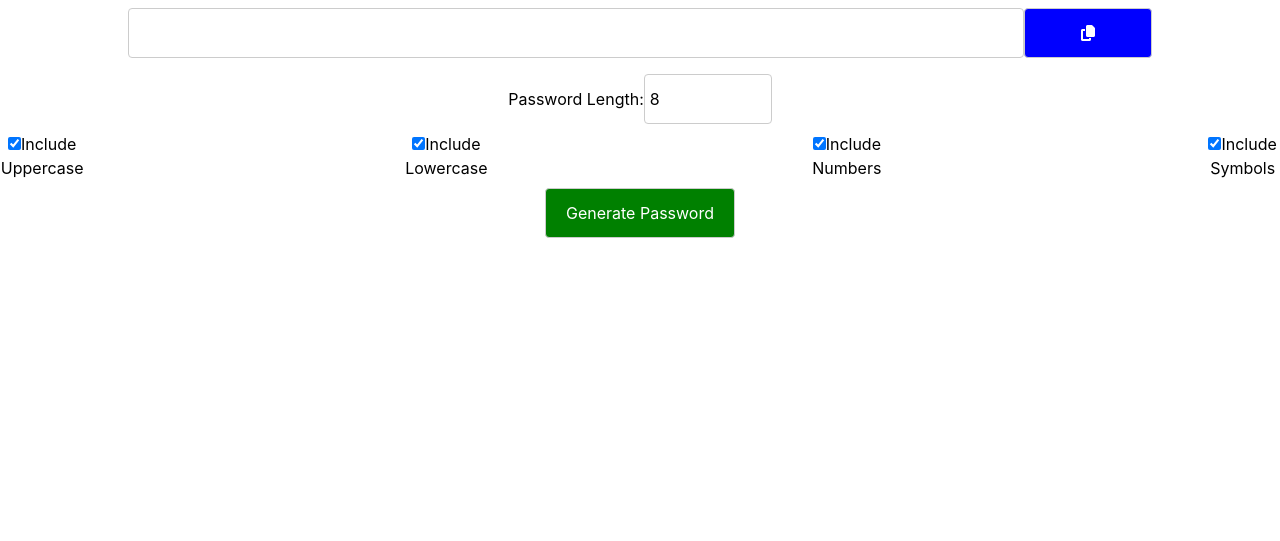
Repository: sriram1224/Password-generator
Page: / (app in password-generator/)
These files come from the project's save history. The page is drawn as it stood at one moment and after the next save; the edit follows.
The browser window is 1280 px wide. The pictures show the whole page.
Some web libraries are served in a nearby version. The project was rebuilt for these pictures with package versions that can differ from the ones it lists, and the page was loaded fresh each time.

Above is the page before, as saved 2024-03-10 21:41:50.

After the next save:
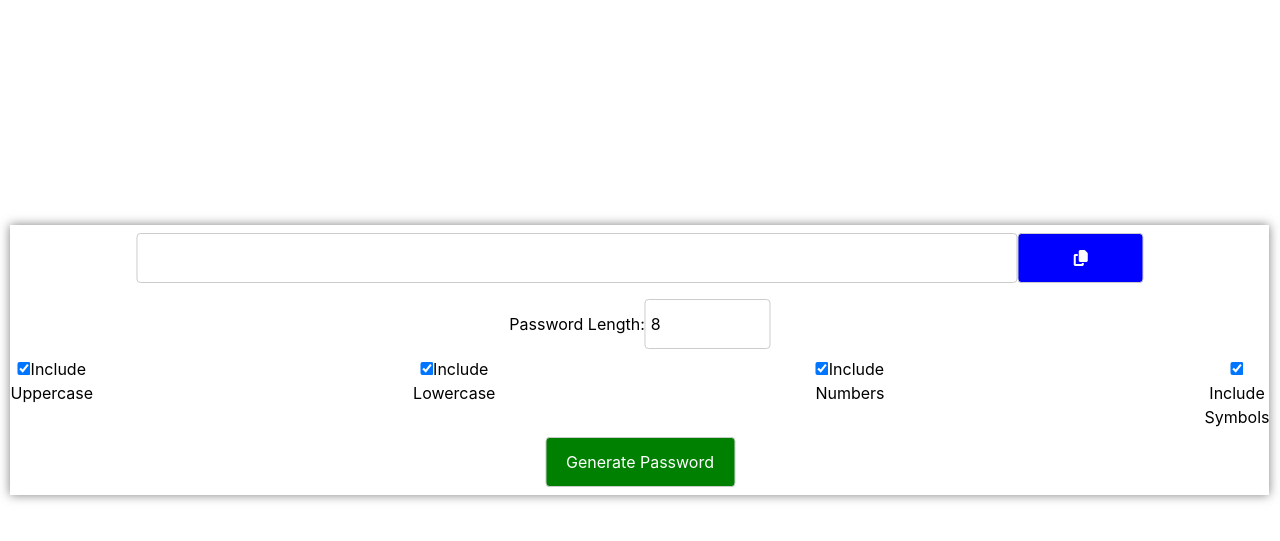
Saved 9 min 48 s later.
--- a/password-generator/src/Components/content.js
+++ b/password-generator/src/Components/content.js
@@ -42,7 +42,7 @@ const PasswordGenerator = () => {
   };
 
   return (
-    <div>
+    <div class="main">
 
 
       <div>
--- a/password-generator/src/Components/content.css
+++ b/password-generator/src/Components/content.css
@@ -55,3 +55,12 @@
         gap: 1rem;
     }
 }
+.main {
+    box-shadow: 0px 0px 10px rgba(0, 0, 0, 0.5);
+    /* Adjust as needed */
+    position: absolute;
+    top: 50%;
+    left: 50%;
+    transform: translate(-50%, -50%);
+    /* Add width and height if necessary */
+}
